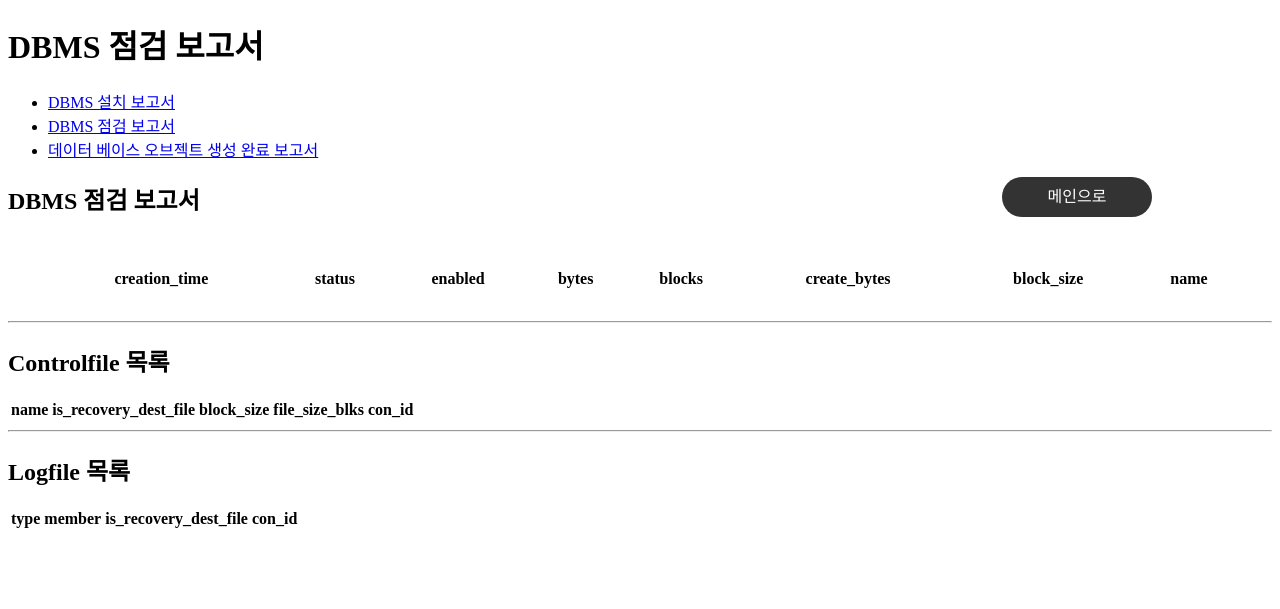
Repository: blackbird0220/kh_database
Page: http://localhost/test01/report02.jsp
An editor plug-in stored every save of this project. The page is shown before and after the next save, followed by the edit.
The browser window is 1280 px wide. The pictures show the whole page.
The page is served by Tomcat 9. Other server files are loaded and not shown. Queries for data that is not in the repository find no rows.

Above is the page before, as saved 2024-04-01 00:17:38.

### test01/WebContent/report02.jsp
<%@ page language="java" contentType="text/html; charset=UTF-8"
    pageEncoding="UTF-8"%>
<%@ page import="java.util.*, java.text.*, java.sql.*"%>
<%@ page import="org.kh.dto.*"%>
<%@ taglib prefix="c" uri="http://java.sun.com/jsp/jstl/core" %>
<%@ taglib prefix="fmt" uri="http://java.sun.com/jsp/jstl/fmt" %>
<%
	request.setCharacterEncoding("utf-8");
	response.setCharacterEncoding("utf-8");
	response.setContentType("text/html; charset=utf-8");

	Connection con = null;
	PreparedStatement pstmt = null;
	ResultSet rs = null;

	String url = "jdbc:oracle:thin:@localhost:1521:xe";
	String userid = "system";
	String userpw = "1234";
	String sql = "";
	List<Datafile> dList = new ArrayList<>();
	List<Controlfile> cList = new ArrayList<>();
	List<Logfile> lList = new ArrayList<>();

	try {
		Class.forName("oracle.jdbc.OracleDriver");
		con = DriverManager.getConnection(url, userid, userpw);
		sql = "select creation_time, status, enables, bytes, blocks, create_bytes, block_size, name, con_id from v$datafile";
		pstmt = con.prepareStatement(sql);
		rs =pstmt.executeQuery();
		while(rs.next()){
			Datafile data = new Datafile(rs.getString("creation_time"),
			rs.getString("status"),
			rs.getString("enables"),
			rs.getInt("bytes"),
			rs.getInt("blocks"),
			rs.getInt("create_bytes"),
			rs.getInt("block_size"),
			rs.getString("name"),
			rs.getInt("con_id"));
			dList.add(data);
		}

		pstmt = null;
		rs = null;

		sql = "select name, is_recovery_dest_file, block_size, file_size_blks, con_id from v$controlfile";
		pstmt = con.prepareStatement(sql);
		rs =pstmt.executeQuery();

		while(rs.next()){
			Controlfile data = new Controlfile(rs.getString("name"),
					rs.getString("is_recovery_dest_file"),
					rs.getInt("block_size"),
					rs.getInt("file_size_blks"),
					rs.getInt("con_id"));
			cList.add(data);
		}


		pstmt = null;
		rs = null;

		sql = "select type, member, is_recovery_dest_file, con_id from v$logfile";
		pstmt = con.prepareStatement(sql);
		rs =pstmt.executeQuery();

		while(rs.next()){
			Logfile data = new Logfile(rs.getString("type"),
					rs.getString("member"),
					rs.getString("is_recovery_dest_file"),
					rs.getInt("con_id"));

			lList.add(data);
		}



	} catch(Exception e){
		e.printStackTrace();
	} finally {
		if(rs!=null){
			try {
				rs.close();
			} catch(Exception e){
					e.printStackTrace();
			}
		}

		if(pstmt!=null){
			try {
				pstmt.close();
			} catch(Exception e){
				e.printStackTrace();
			}
		}

		if(con!=null){
			try {
				con.close();
			} catch(Exception e){
					e.printStackTrace();
			}
		}
	}

	pageContext.setAttribute("dList", dList);
	pageContext.setAttribute("cList", cList);
	pageContext.setAttribute("lList", lList);
%>
<!DOCTYPE html>
<html>
<head>
<meta charset="UTF-8">
<title>DBMS 점검 보고서</title>
<style>




</style>
</head>
<body>
<h1 class="title">DBMS 점검 보고서</h1>
<%@ include file = "menu.jsp" %>

<h2>DBMS 점검 보고서</h2>
<table style="width:1200px;margin:30px auto">
	<thead>
		<tr>
			<th>creation_time</th><th>status</th><th>enabled</th>
			<th>bytes</th><th>blocks</th><th>create_bytes</th>
			<th>block_size</th><th>name</th>
		</tr>
	</thead>
	<tbody>
	<c:forEach var="data" items="${dList}" varStatus="status">
		<tr>
			<td>${data.creation_time}</td><td>${data.status}</td>
			<td>${data.enables}</td><td>${data.bytes}</td>
			<td>${data.blocks}</td><td>${data.create_bytes}</td>
			<td>${data.block_size}</td><td>${data.name}</td>
		</tr>
	</c:forEach>
	</tbody>
</table>


<hr>
<h2 class="title">Controlfile 목록</h2>
<table style>

	<thead>
		<tr>
			<th>name</th><th>is_recovery_dest_file</th><th>block_size</th>
			<th>file_size_blks</th><th>con_id</th>
		</tr>
	</thead>
	<tbody>
	<c:forEach var="data" items="${cList}" varStatus="status">
		<tr>
			<td>${data.name}</td><td>${data.is_recovery_dest_file}</td>
			<td>${data.block_size}</td><td>${data.file_size_blks}</td>
			<td>${data.con_id}</td>
		</tr>
	</c:forEach>
	</tbody>
</table>

<hr>
<h2 class="title">Logfile 목록</h2>
<table style>

	<thead>
		<tr>
			<th>type</th><th>member</th><th>is_recovery_dest_file</th>
			<th>con_id</th>
		</tr>
	</thead>
	<tbody>
	<c:forEach var="data" items="${lList}" varStatus="status">
		<tr>
			<td>${data.type}</td><td>${data.member}</td>
			<td>${data.is_recovery_dest_file}</td><td>${data.con_id }</td>
		</tr>
	</c:forEach>
	</tbody>
</table>
</body>
</html>

### test01/WebContent/menu.jsp
<%@ page language="java" contentType="text/html; charset=UTF-8"
    pageEncoding="UTF-8"%>
<nav id='gnb'>
	<ul>
		<li>
			<a href="report01.html">DBMS 설치 보고서</a>
		</li>
		<li>
			<a href="report02.jsp">DBMS 점검 보고서</a>
		</li>
		<li>
			<a href="report03.jsp">데이터 베이스 오브젝트 생성 완료 보고서</a>
		</li>
	</ul>
</nav>

<nav id="tnb" style="float:right;margin-right:120px;text-decoratron:none;border-radius:20px; width:150px; line-height:40px; background:#333; color:#fff; text-align:center;margin-bottom:50px;">
	<a href="index.jsp" style="text-decoration:none;color:#fff;">메인으로</a>
</nav>

After the next save:
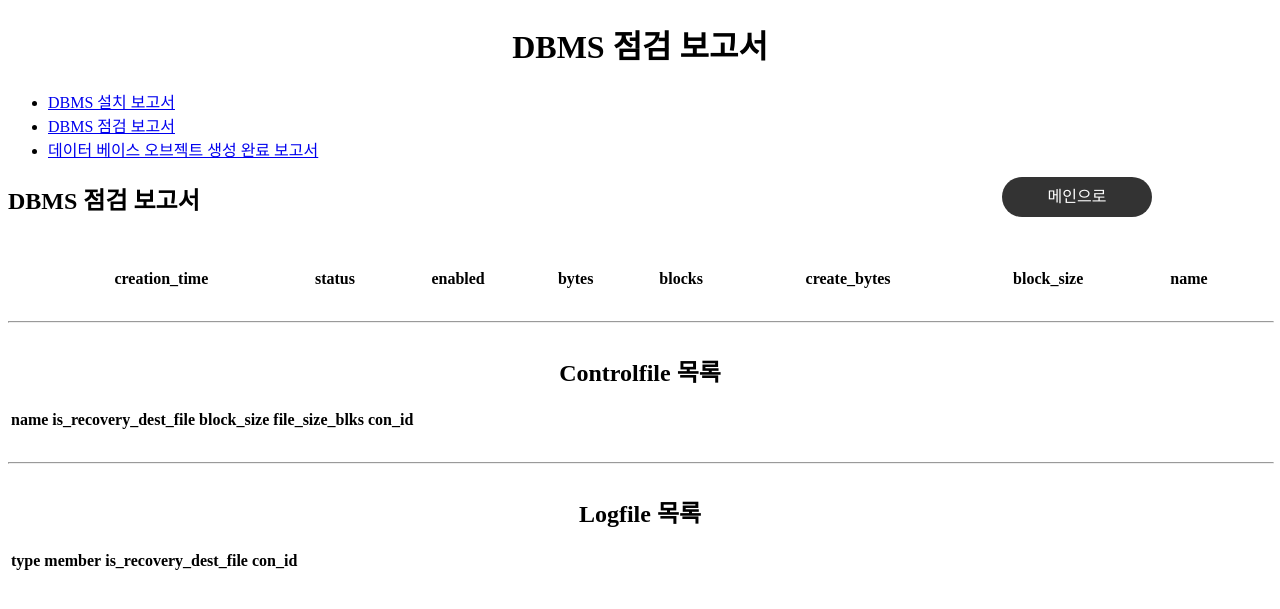
Saved 6 min 39 s later.
--- a/test01/WebContent/report02.jsp
+++ b/test01/WebContent/report02.jsp
@@ -113,8 +113,12 @@
 <meta charset="UTF-8">
 <title>DBMS 점검 보고서</title>
 <style>
-
-
+		.title { text-align:center;}
+	.tb th { border-top:3px solid #333;
+		border-bottom:3px solid #333; line-height:40px; }
+	.tb td {dorder-bottom:1px solid #333; line-height: 30px;
+	text-align: center;}
+	hr {clear:both; width:100%; margin:30px 0px; padding:0; }
 
 
 </style>
